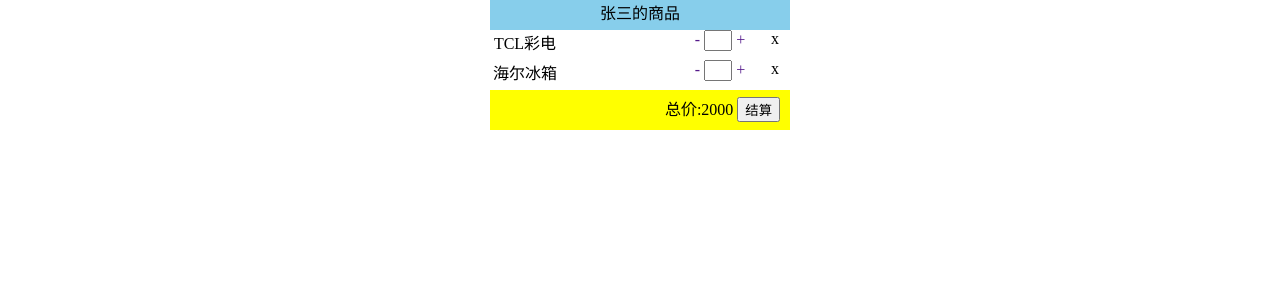
Repository: R1Deemo/Vue
Page: 10购物车.html
These files come from the project's save history. The page is drawn as it stood at one moment and after the next save; the edit follows.
The browser window is 1280 px wide. The pictures show the whole page.

Above is the page before, as saved 2022-11-14 16:07:55.

After the next save:
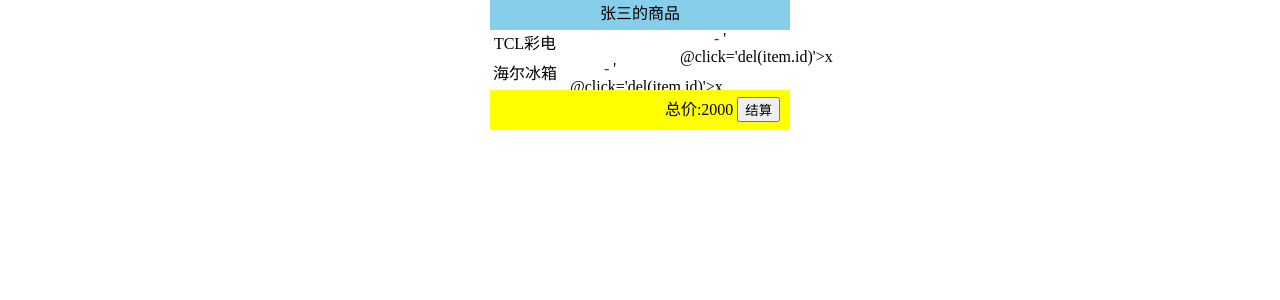
Saved 18 h 7 min later.
--- a/10购物车.html
+++ b/10购物车.html
@@ -29,7 +29,7 @@
                     <div class="name">{{item.name}}</div>
                     <div class="change">
                         <a href="">-</a>
-                        <input type='text' class='num'/>
+                        <input type='text' class='num' :value='item.num/>
                         <a href="">+</a>
                     </div>
                     <div class='del' @click='del(item.id)'>x</div>

After the save that followed:
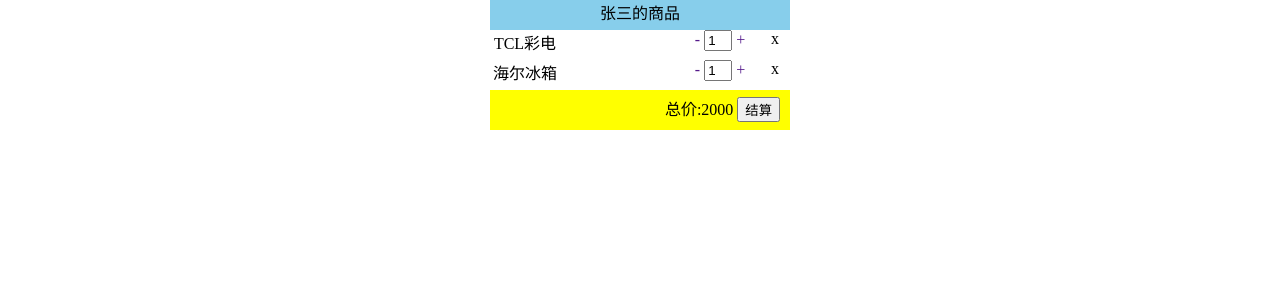
Saved 18 s later.
--- a/10购物车.html
+++ b/10购物车.html
@@ -29,7 +29,7 @@
                     <div class="name">{{item.name}}</div>
                     <div class="change">
                         <a href="">-</a>
-                        <input type='text' class='num' :value='item.num/>
+                        <input type='text' class='num' :value='item.num'/>
                         <a href="">+</a>
                     </div>
                     <div class='del' @click='del(item.id)'>x</div>
